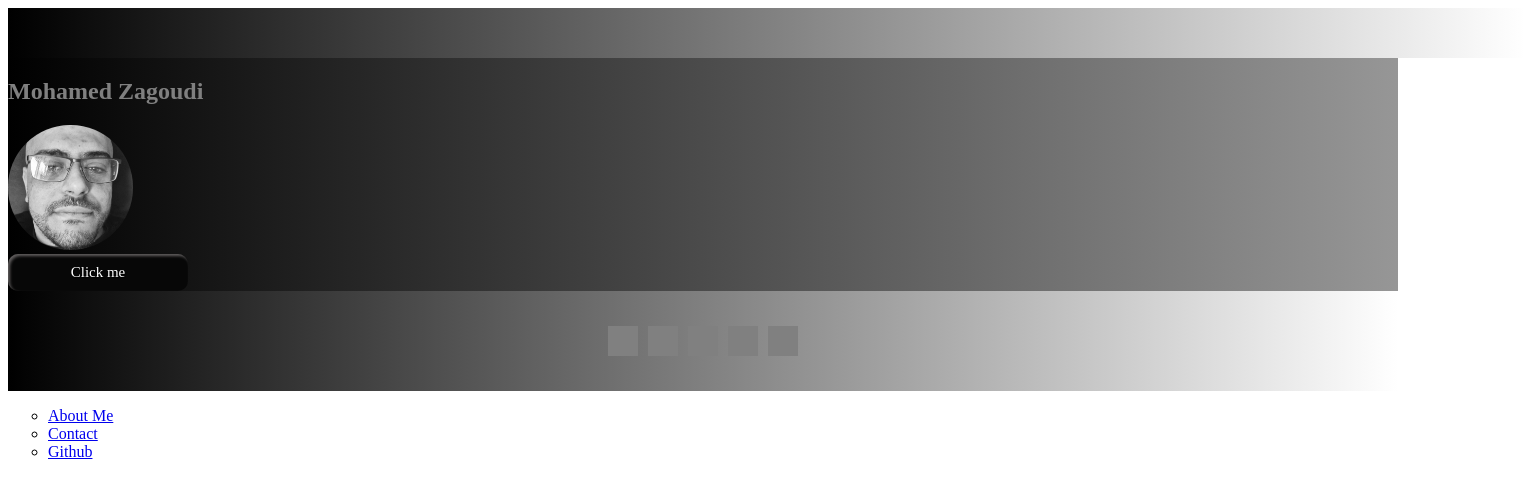
Repository: Mohzagou/Eersteportofolio
Page: index.html
These files come from the project's save history. The page is drawn as it stood at one moment and after the next save; the edit follows.
The browser window is 1280 px wide. The page is 1525 px wide, so the pictures cover 1525 px, including what lies to the right of the window. The pictures show the whole page.

Above is the page before, as saved 2022-06-08 00:09:05.

After the next save:
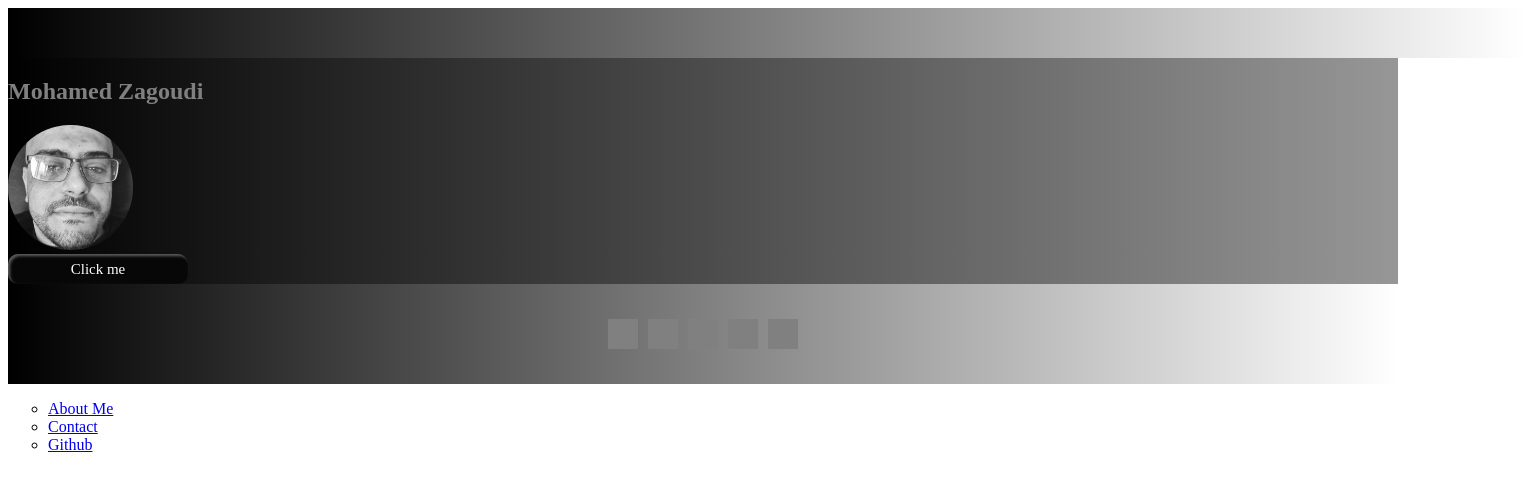
Saved 15 s later.
--- a/styles.css
+++ b/styles.css
@@ -53,7 +53,7 @@
                                 font-size: 15px;
                                 width: 150px;
                                 text-align: center;
-                                line-height: 2.5;
+                                line-height: 2.0;
                                 color: rgb(255, 255, 255);
                                 text-shadow: 1px 1px 1px #000;
                                 background-color: rgb(7, 7, 7);
